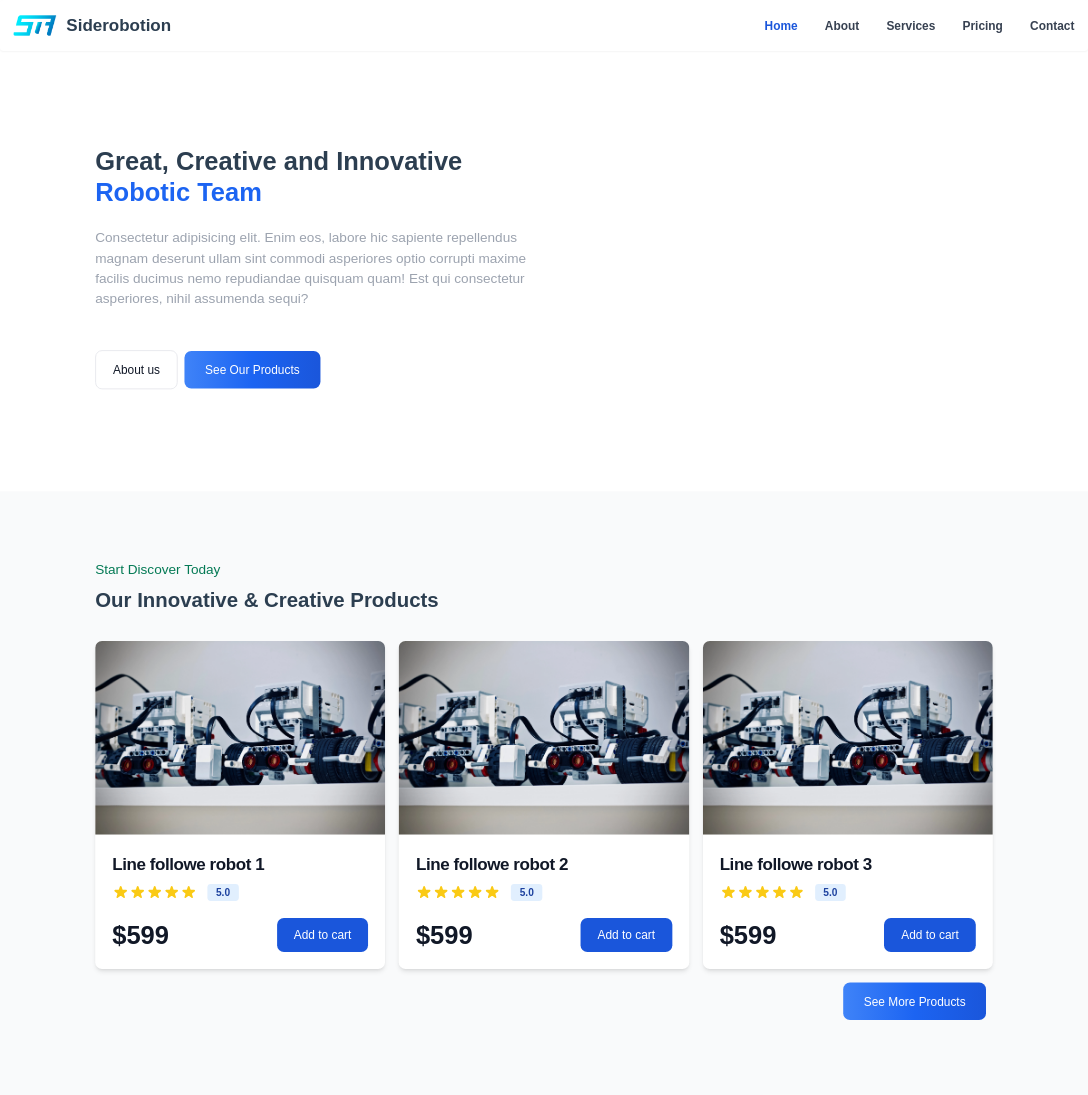
Repository: khulqu15/siderobotion
Page: /
The author's editor kept a copy of each file at every save. The page is drawn from the files as they stood at one save, then again after the next save.
The browser window is 1280 px wide. The pictures show the whole page, at 85% of full size.
The project was rebuilt for these pictures with package versions that can differ from the ones it lists, and the page was loaded fresh each time. Also part of the build but not shown: vue.config.js.

Above is the page before, as saved 2022-06-12 02:50:37.

After the next save:
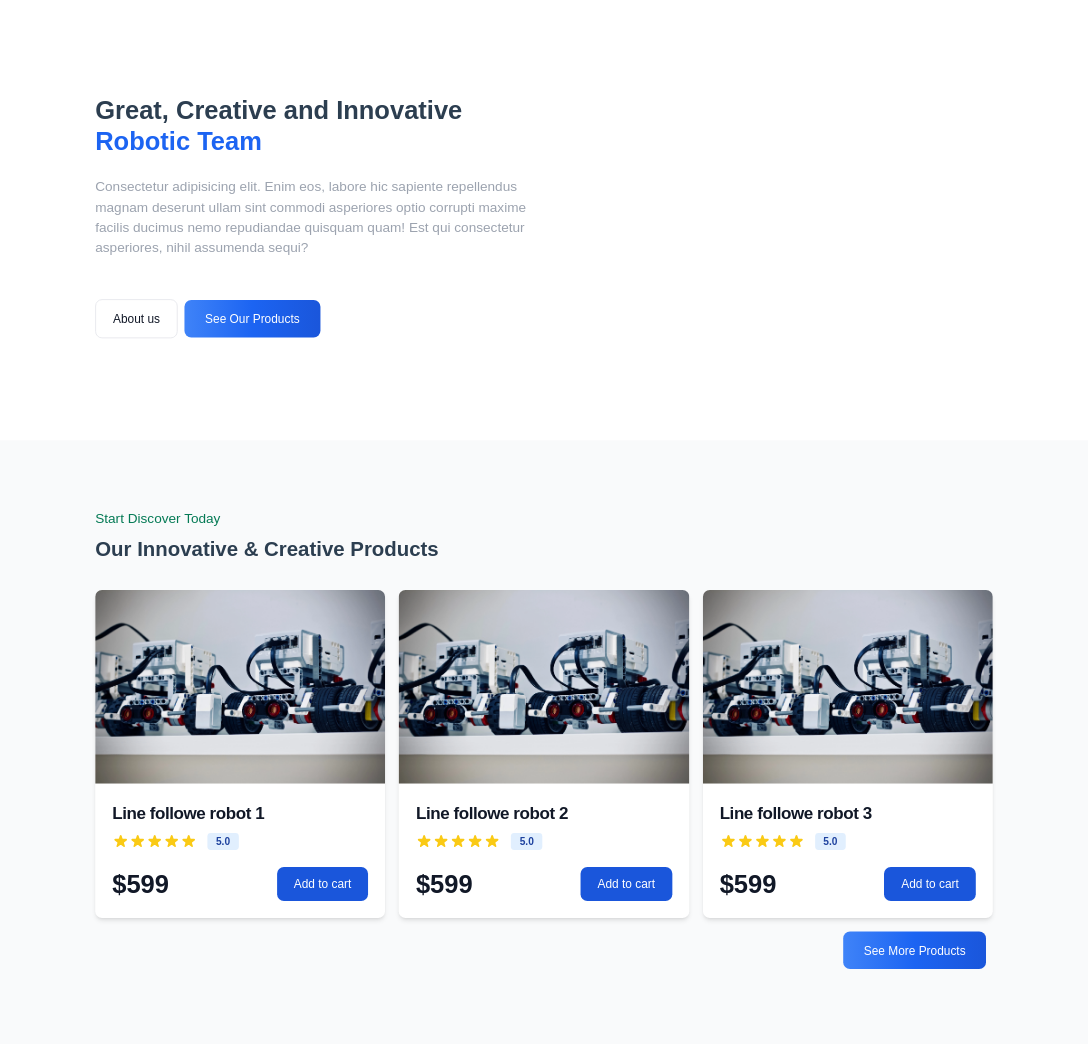
Saved 7 s later.
--- a/src/components/NavigationHeader.vue
+++ b/src/components/NavigationHeader.vue
@@ -1,6 +1,6 @@
 <template>
   <div>
-    <nav class="bg-white border-gray-200 px-2 sm:px-4 py-4 shadow-sm rounded dark:bg-gray-800">
+    <!-- <nav class="bg-white border-gray-200 px-2 sm:px-4 py-4 shadow-sm rounded dark:bg-gray-800">
       <div class="container flex flex-wrap justify-between items-center mx-auto">
         <a href="/" class="flex items-center">
           <img :src="require('@/assets/logo.webp')" class="mr-3 h-4 sm:h-6" alt="Siderobotion Logo">
@@ -31,7 +31,7 @@
           </ul>
         </div>
       </div>
-    </nav>
+    </nav> -->
 
   </div>
 </template>
